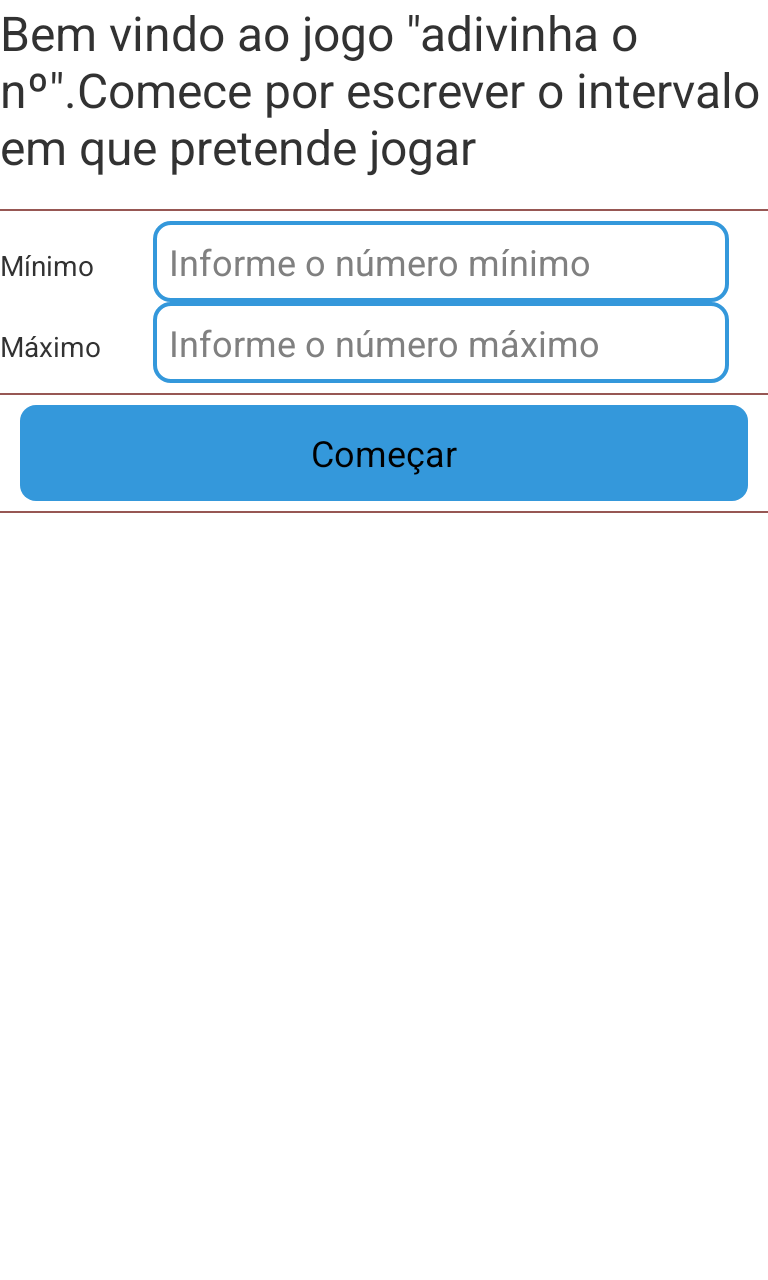
Repository: gokugohan/ddm
Layout: JogoDeAdivinha/res/layout/activity_jogo_de_adivinha_main.xml
The author's editor kept a copy of each file at every save. The layout is drawn from the files as they stood at one save, then again after the next save.
It is drawn on a 768 x 1280 px phone screen (xhdpi) without system bars, with theme AppTheme; the app's code is not run.

Above is the layout before, as saved 2014-11-07 11:49:38.

After the next save:
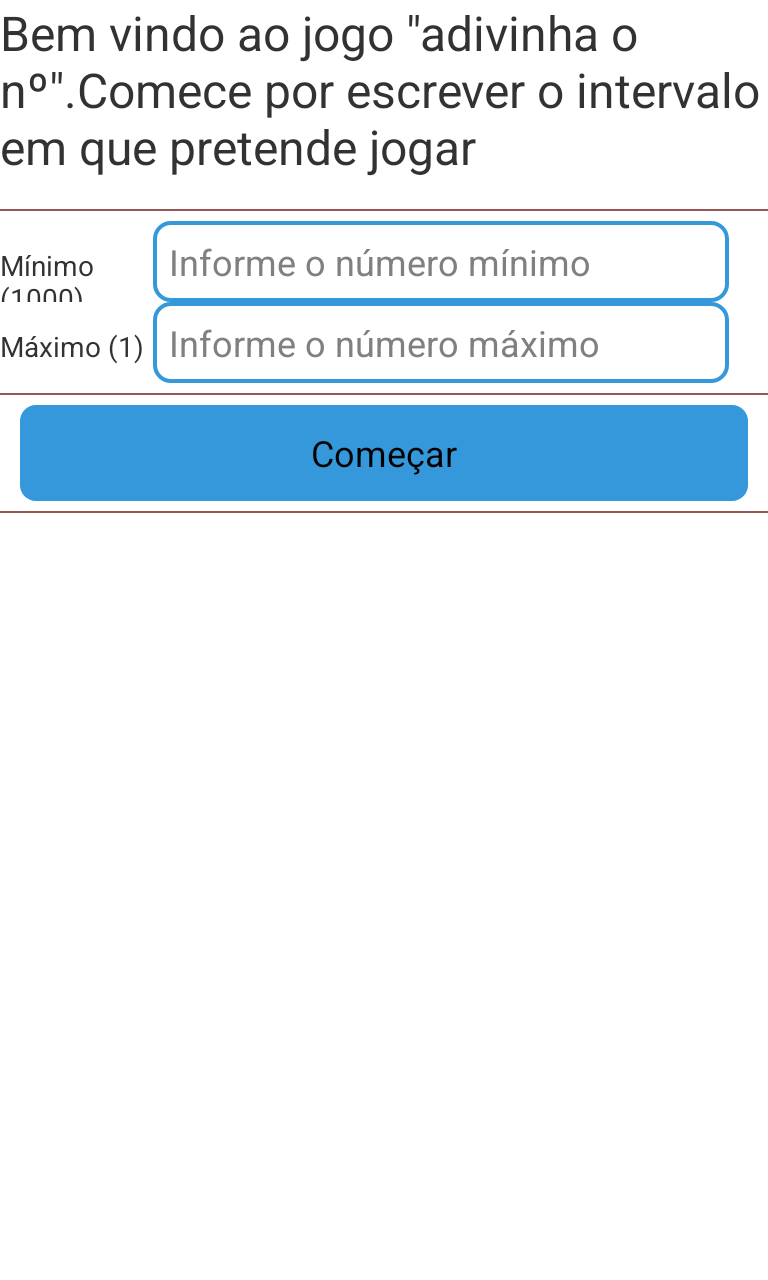
Saved 33 s later.
--- a/JogoDeAdivinha/res/values/strings.xml
+++ b/JogoDeAdivinha/res/values/strings.xml
@@ -9,8 +9,8 @@
     <string name="str_info_min">Informe o número mínimo</string>
     <string name="str_info_max">Informe o número máximo</string>
     <string name="str_comecar">Começar</string>
-    <string name="str_max">Máximo</string>
-    <string name="str_min">Mínimo</string>
+    <string name="str_max">Máximo (1)</string>
+    <string name="str_min">Mínimo (1000)</string>
     <string name="numero_a_jogar">Número a jogar</string>
     <string name="jogar">Jogar</string>
     <string name="restart">Restart</string>
